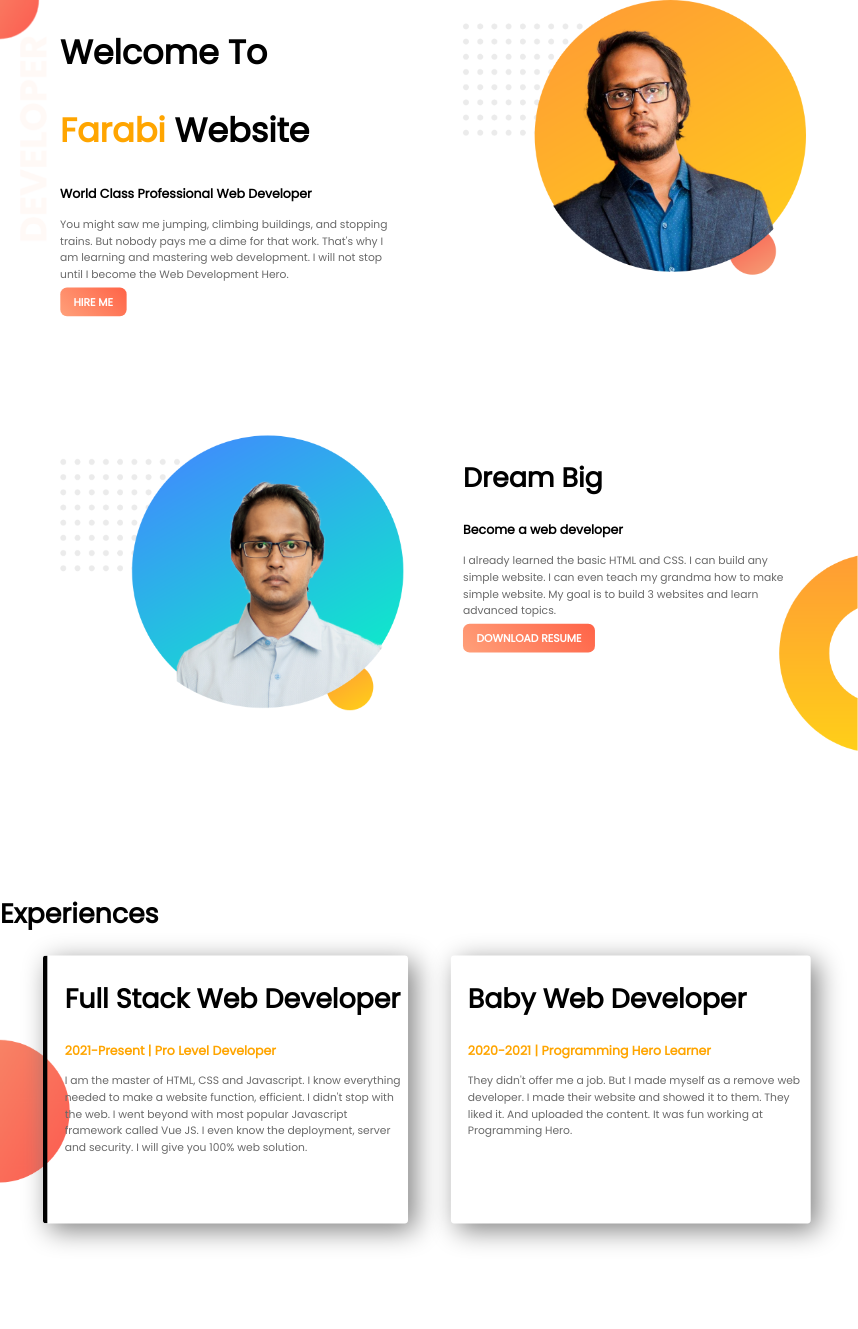
Repository: mohsinfarabi/web-portfolio
Page: index.html
The author's editor kept a copy of each file at every save. The page is drawn from the files as they stood at one save, then again after the next save.
The browser window is 1280 px wide. The pictures show the whole page, at 67% of full size.

Above is the page before, as saved 2020-07-01 00:01:17.

### index.html
<!DOCTYPE html>
<html lang="en">

<head>
    <meta charset="UTF-8">
    <meta name="viewport" content="width=device-width, initial-scale=1.0">
    <link href="https://fonts.googleapis.com/css2?family=Poppins" rel="stylesheet">
    <title>Farabi Web Developer</title>
    <link rel="stylesheet" href="style.css">
</head>

<body>
    <section class="top-banner">
        <div class="half-width">
            <h1>Welcome To</h1>
            <h1><span class="orange-highlight">Farabi</span> Website</h1>
            <h3>World Class Professional Web Developer</h3>
            <p>You might saw me jumping, climbing buildings, and stopping trains. But nobody pays me a dime for that work. That's why I am learning and mastering web development. I will not stop until I become the Web Development Hero.</p>
            <a class="link-button" target="_blank" href="https://www.linkedin.com/in/mohsin-farabi-68655040/">HIRE ME</a>
        </div>
        <div class="half-width">
            <img src="images/profile1.png" alt="">
        </div>
    </section>
    <section class="dream-area">
        <div class="half-width">
            <img src="images/profile2.png" alt="">
        </div>
        <div class="half-width">
            <h2>Dream Big</h2>
            <h3>Become a web developer</h3>
            <p>I already learned the basic HTML and CSS. I can build any simple website. I can even teach my grandma how to make simple website. My goal is to build 3 websites and learn advanced topics.</p>
            <a class="link-button" target="_blank" href="https://www.facebook.com/farabi.mohsin">DOWNLOAD RESUME</a>
        </div>

    </section>
    <section class="experience-area">
        <h2>Experiences</h2>
        <div id="full-stack" class="half-width single-experience">
            <h2>Full Stack Web Developer</h2>
            <h3 class="orange-highlight">2021-Present | Pro Level Developer</h3>
            <p>I am the master of HTML, CSS and Javascript. I know everything needed to make a website function, efficient. I didn't stop with the web. I went beyond with most popular Javascript framework called Vue JS. I even know the deployment, server
                and security. I will give you 100% web solution.</p>
        </div>
        <div class="half-width single-experience">
            <h2>Baby Web Developer</h2>
            <h3 class="orange-highlight">2020-2021 | Programming Hero Learner</h3>
            <p>They didn't offer me a job. But I made myself as a remove web developer. I made their website and showed it to them. They liked it. And uploaded the content. It was fun working at Programming Hero.</p>
        </div>
        </div>
    </section>
</body>

</html>

### style.css
body {
    margin: 0;
    font-family: 'Poppins', sans-serif;
}

h1 {
    font-size: 50px;
}

h2 {
    font-size: 40px;
}

p {
    color: dimgray;
}

.orange-highlight {
    color: orange;
}

.half-width {
    width: 40%;
    float: left;
    margin-left: 5%;
    padding-left: 2%;
}

.half-width img {
    width: 100%;
}

.top-banner {
    background-image: url("images/top-banner.png");
    background-repeat: no-repeat;
}

.dream-area {
    background-image: url("images/dream-bg.png");
    background-repeat: no-repeat;
    background-position: right;
}

section {
    height: 500px;
    padding-bottom: 150px;
}

.link-button {
    text-decoration: none;
    background-image: linear-gradient(45deg, lightSalmon, tomato);
    padding: 10px 20px;
    border-radius: 10px;
    color: white;
    font-weight: 700;
}

.single-experience {
    box-shadow: 10px 10px 40px gray;
    border-radius: 5px;
    height: 80%;
}

.experience-area {
    background-image: url("images/exp-bg.png");
    background-repeat: no-repeat;
    background-position: left;
}

#full-stack {
    border-left: 7px solid;
    border-image: linear-gradient(lightSalmon);
}

After the next save:
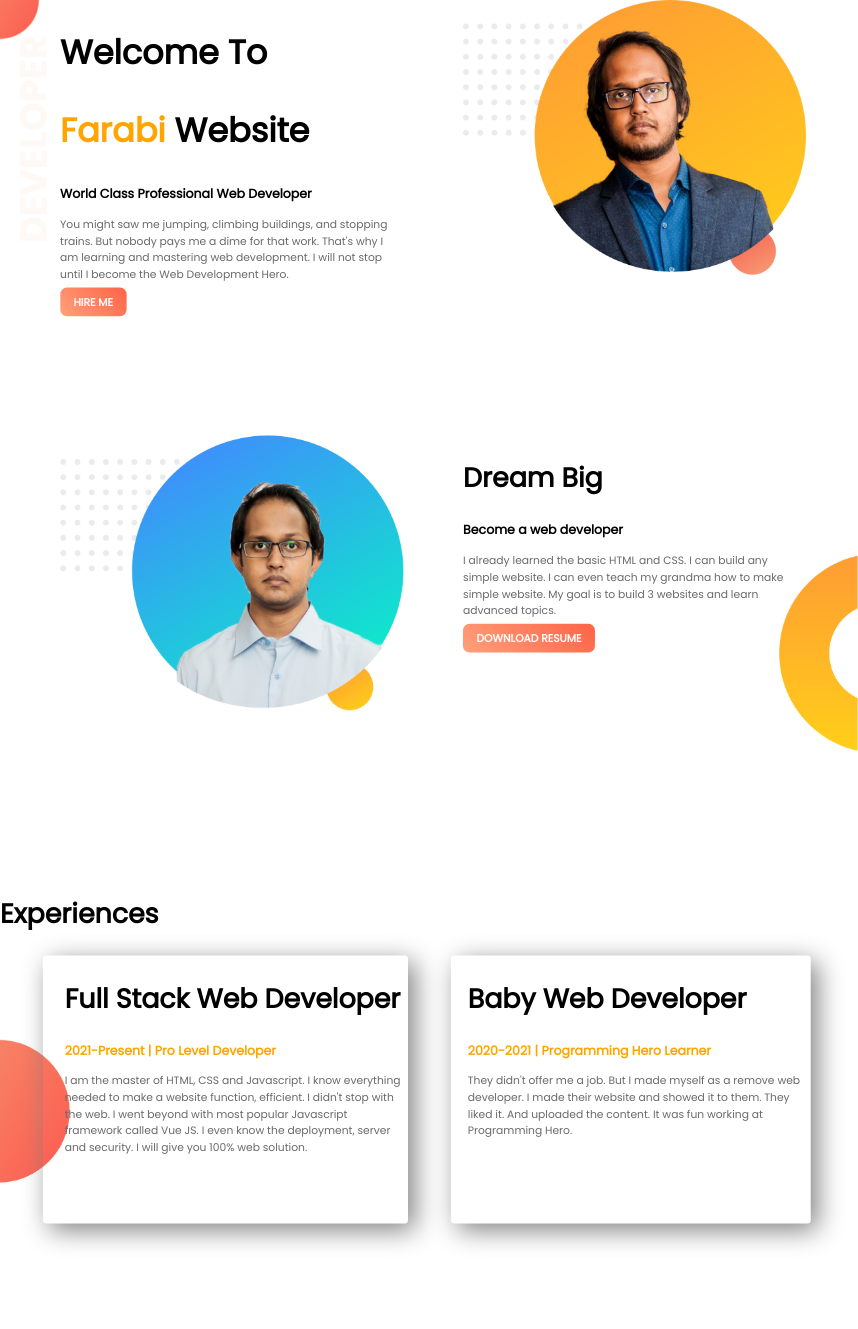
Saved 7 s later.
--- a/style.css
+++ b/style.css
@@ -69,5 +69,5 @@ section {
 
 #full-stack {
     border-left: 7px solid;
-    border-image: linear-gradient(lightSalmon);
+    border-image: linear-gradient(lightSalmon, tomato);
 }
